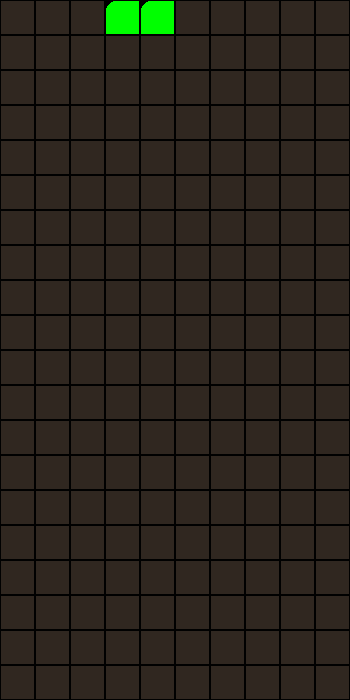
Repository: lucacdev/Tetris
Script's output: python assets/main.py
The author's editor kept a copy of each file at every save. The script's output is drawn from the files as they stood at one save, then again after the next save.
The window is shown after at most 60 frames with no key pressed. Random numbers start from a fixed seed.

Above is the script's output before, as saved 2024-03-01 17:04:52.

### assets/main.py
from settings import *
from tetris import Tetris
import sys
import pathlib

class App:
    def __init__(self):
        pg.init()
        pg.display.set_caption('Tetris')
        self.screen = pg.display.set_mode(FIELD_RES)
        self.clock = pg.time.Clock()
        self.set_timer()
        # self.images = self.load_images()
        self.tetris = Tetris(self)

    """ def load_images(self):
        files = [item for item in pathlib.Path(SPRITE_DIR_PATH).rglob('*.png') if item.is_file()]
        images = [pg.image.load(file).convert_alpha() for file in files]
        images = [pg.transform.scale(image, (TILE_SIZE, TILE_SIZE)) for image in images]
        return images """

    def set_timer(self):
        self.user_event = pg.USEREVENT
        self.fast_user_event = pg.USEREVENT + 1
        self.anim_trigger = False
        self.fast_anim_trigger = False
        pg.time.set_timer(self.user_event, ANIM_TIME_INTERVAL)
        pg.time.set_timer(self.fast_user_event, FAST_ANIM_TIME_INTERVAL)

    def update(self):
        self.tetris.update()
        self.clock.tick(FPS)

    def draw(self):
        self.screen.fill(color=FIELD_COLOUR)
        self.tetris.draw()
        pg.display.flip()

    def check_events(self):
        self.anim_trigger = False
        self.fast_anim_trigger = False
        for event in pg.event.get():
            if event.type == pg.QUIT or (event.type == pg.KEYDOWN and event.key == pg.K_ESCAPE):
                pg.quit()
                sys.exit()
            elif event.type == pg.KEYDOWN:
                self.tetris.control(pressed_key=event.key)
            elif event.type == self.user_event:
                self.anim_trigger = True
            elif event.type == self.fast_user_event:
                self.fast_anim_trigger = True

    def run(self):
        while True:
            self.check_events()
            self.update()
            self.draw()

if __name__ == '__main__':
    app = App()
    app.run()

### assets/settings.py
import pygame as pg

vec = pg.math.Vector2

FPS = 60
FIELD_COLOUR = (48, 39, 32)

# SPRITE_DIR_PATH = 'assets/sprites'

ANIM_TIME_INTERVAL = 150 # ms
FAST_ANIM_TIME_INTERVAL = 15 # ms

TILE_SIZE = 35
FIELD_SIZE = FIELD_W, FIELD_H = 10, 20
FIELD_RES = FIELD_W * TILE_SIZE, FIELD_H * TILE_SIZE

INIT_POS_OFFSET = vec(FIELD_W // 2 - 1, 0)
MOVE_DIRECTIONS = {'left': vec(-1, 0), 'right': vec(1, 0), 'down': vec(0, 1)}

TETROMINOES = {
    'O' : [(0, 0), (0, -1), (1, 0), (1, -1)],
    'I' : [(0, 0), (0, 1), (0, -1), (0, -2)],
    'S' : [(0, 0), (-1, 0), (0, -1), (1, -1)],
    'Z' : [(0, 0), (1, 0), (0, -1), (-1, -1)],
    'L' : [(0, 0), (1, 0), (0, -1), (0, -2)],
    'J' : [(0, 0), (-1, 0), (0, -1), (0, -2)],
    'T' : [(0, 0), (-1, 0), (1, 0), (0, -1)]
}

TETROMINOES_COLOURS = {
    'O' : (255, 255, 0),
    'I' : (0, 255, 255),
    'S' : (0, 255, 0),
    'Z' : (255, 0, 255),
    'L' : (255, 165, 0),
    'J' : (0, 0, 255),
    'T' : (255, 0, 0)
}

### assets/tetris.py
from settings import *
import math
from tetromino import Tetromino

class Tetris:
    def __init__(self, app):
        self.app = app
        self.sprite_group = pg.sprite.Group()
        self.field_array = self.get_field_array()
        self.tetromino = Tetromino(self)
        self.speed_up = False

    def check_full_lines(self):
        row = FIELD_H - 1
        for y in range(FIELD_H - 1, -1, -1):
            for x in range(FIELD_W):
                self.field_array[row][x] = self.field_array[y][x]

                if self.field_array[y][x]:
                    self.field_array[row][x].pos = vec(x, y)

            if sum(map(bool, self.field_array[y])) < FIELD_W:
                row -= 1
            else:
                for x in range(FIELD_W):
                    self.field_array[row][x].alive = False
                    self.field_array[row][x] = 0

    def put_blocks_in_array(self):
        for block in self.tetromino.blocks:
            x, y = int(block.pos.x), int(block.pos.y)
            self.field_array[y][x] = block

    def get_field_array(self):
        return [[0 for x in range(FIELD_W)] for y in range(FIELD_H)]

    def check_landing(self):
        if self.tetromino.landing:
            self.speed_up = False
            self.put_blocks_in_array()
            self.tetromino = Tetromino(self)

    def control(self, pressed_key):
        if pressed_key == pg.K_LEFT:
            self.tetromino.move(direction='left')
        elif pressed_key == pg.K_RIGHT:
            self.tetromino.move(direction='right')
        elif pressed_key == pg.K_UP:
            self.tetromino.rotate()
        elif pressed_key == pg.K_DOWN:
            self.speed_up = True

    def draw_grid(self):
        for x in range (FIELD_W):
            for y in range (FIELD_H):
                pg.draw.rect(self.app.screen, 'black',
                             (x * TILE_SIZE, y * TILE_SIZE, TILE_SIZE, TILE_SIZE), 1)

    def update(self):
        trigger = [self.app.anim_trigger, self.app.fast_anim_trigger][self.speed_up]
        if trigger:
            self.check_full_lines()
            self.tetromino.update()
            self.check_landing()
        self.sprite_group.update()

    def draw(self):
        self.draw_grid()
        self.sprite_group.draw(self.app.screen)

### assets/tetromino.py
from settings import *
import random

class Block(pg.sprite.Sprite):
    def __init__(self, tetromino, pos):
        self.tetromino = tetromino
        self.pos = vec(pos) + INIT_POS_OFFSET
        self.alive = True

        super().__init__(tetromino.tetris.sprite_group)
        # self.image = tetromino.image
        self.image = pg.Surface([TILE_SIZE, TILE_SIZE])
        pg.draw.rect(self.image, tetromino.image, (1, 1, TILE_SIZE - 2, TILE_SIZE - 2), border_top_left_radius = 10)
        self.rect = self.image.get_rect()

    def is_alive(self):
        if not self.alive:
            self.kill()

    def rotate(self, pivot_pos):
        translated = self.pos - pivot_pos
        rotated = translated.rotate(90)
        return rotated + pivot_pos

    def set_rect_pos(self):
        self.rect.topleft = self.pos * TILE_SIZE

    def update(self):
        self.is_alive()
        self.set_rect_pos()

    def is_collide(self, pos):
        x, y = int(pos.x), int(pos.y)
        if 0 <= x < FIELD_W and y < FIELD_H and (y < 0 or not self.tetromino.tetris.field_array[y][x]):
            return False
        return True

class Tetromino:
    def __init__(self, tetris):
        self.tetris = tetris
        self.shape = random.choice(list(TETROMINOES.keys()))
        # self.image = random.choice(tetris.app.images)
        self.image = TETROMINOES_COLOURS[self.shape]
        self.blocks = [Block(self, pos) for pos in TETROMINOES[self.shape]]
        self.landing = False

    def rotate(self):
        pivot_pos = self.blocks[0].pos
        new_block_positions = [block.rotate(pivot_pos) for block in self.blocks]

        if not self.is_collide(new_block_positions):
            for i, block in enumerate(self.blocks):
                block.pos = new_block_positions[i]

    def is_collide(self, block_positions):
        return any(map(Block.is_collide, self.blocks, block_positions))

    def move(self, direction):
        move_direction = MOVE_DIRECTIONS[direction]
        new_block_positions = [block.pos + move_direction for block in self.blocks]
        is_collide = self.is_collide(new_block_positions)

        if not is_collide:
            for block in self.blocks:
                block.pos += move_direction
        elif direction == 'down':
            self.landing = True

    def update(self):
        self.move(direction='down')

After the next save:
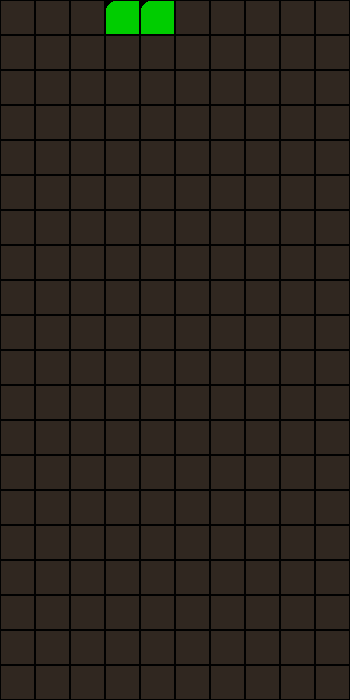
Saved 5 min 13 s later.
--- a/assets/settings.py
+++ b/assets/settings.py
@@ -28,11 +28,11 @@
 }
 
 TETROMINOES_COLOURS = {
-    'O' : (255, 255, 0),
-    'I' : (0, 255, 255),
-    'S' : (0, 255, 0),
-    'Z' : (255, 0, 255),
-    'L' : (255, 165, 0),
-    'J' : (0, 0, 255),
-    'T' : (255, 0, 0)
+    'O' : (205, 205, 0),
+    'I' : (0, 205, 205),
+    'S' : (0, 205, 0),
+    'Z' : (205, 0, 0),
+    'L' : (205, 102, 0),
+    'J' : (0, 0, 205),
+    'T' : (154, 0, 205)
 }
